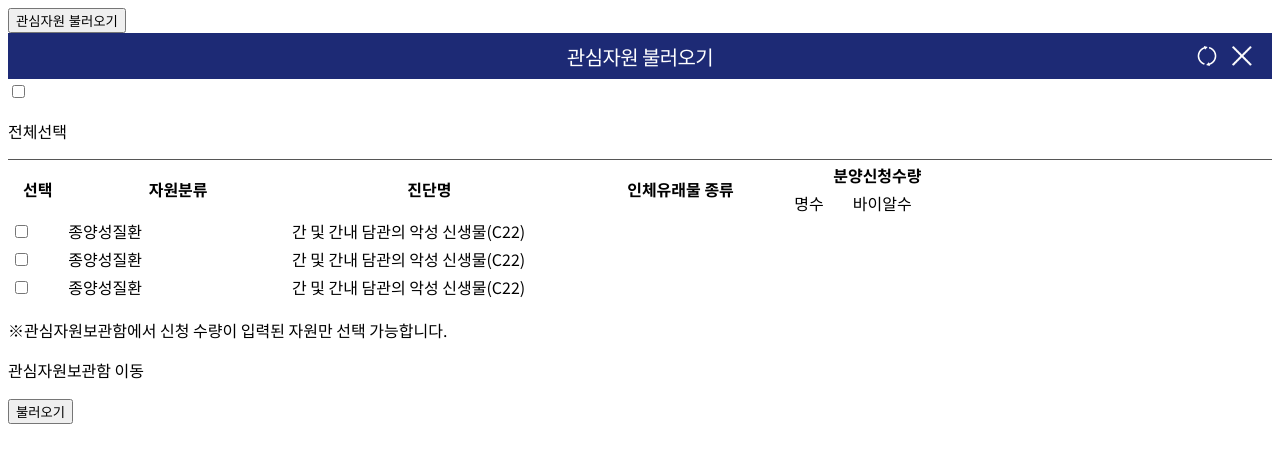
Repository: dlgywls1130/one_popup
Page: index.html
An editor plug-in stored every save of this project. The page is shown before and after the next save, followed by the edit.
The browser window is 1280 px wide. The pictures show the whole page.

Above is the page before, as saved 2023-10-25 00:07:58.

### index.html
<!DOCTYPE html>
<html lang="en">
<head>
    <meta charset="UTF-8">
    <meta name="viewport" content="width=device-width, initial-scale=1.0">
    <title>관심자원</title>

    <link rel="stylesheet" href="./style.css">
</head>
<body>
    <button type="button">관심자원 불러오기</button>

    <div class="modal_new">
        <div class="modal_head">
            <div class="modal_title">관심자원 불러오기</div>
            <div class="modal_right">
                <div class="refresh">
                    <img src="./img/reload.png">
                </div>
                <div class="close">
                    <img src="./img/close.png">
                </div>
            </div>
        </div>
        <div class="modal_body">
            <div class="all_check">
                <label>
                    <input type="checkbox">
                    <p>전체선택</p>
                </label>
            </div>

            <div class="body_all_list">
                <table class="list_table_wrap">
                    <tr>
                        <th rowspan='2'>선택</th>
                        <th rowspan='2'>자원분류</th>
                        <th rowspan='2'>진단명</th>
                        <th rowspan='2'>인체유래물 종류</th>
                        <th colspan='2'>분양신청수량</th>
                    </tr>
                    <tr>
                        <td>명수</td>
                        <td>바이알수</td>
                    </tr>
                    <tr>
                        <td><input type="checkbox" name="choice"></td>
                        <td>종양성질환</td>
                        <td>간 및 간내 담관의 악성 신생물(C22)</td>
                        <td></td>
                        <td></td>
                        <td></td>
                    </tr>
                    <tr>
                        <td><input type="checkbox" name="choice"></td>
                        <td>종양성질환</td>
                        <td>간 및 간내 담관의 악성 신생물(C22)</td>
                        <td></td>
                        <td></td>
                        <td></td>
                    </tr>
                    <tr>
                        <td><input type="checkbox" name="choice"></td>
                        <td>종양성질환</td>
                        <td>간 및 간내 담관의 악성 신생물(C22)</td>
                        <td></td>
                        <td></td>
                        <td></td>
                    </tr>
                </table>
            </div>


            <p>※관심자원보관함에서 신청 수량이 입력된 자원만 선택 가능합니다.</p>
            <div class="bookmark_link">
                <div class="bookmark_img"></div>
                <p>관심자원보관함 이동</p>
            </div>

            <div class="button_import">
                <button type="button">불러오기</button>
            </div>
        </div>
    </div>
</body>
</html>

### style.css

  @import url('https://fonts.googleapis.com/css2?family=Noto+Sans+KR:wght@300;400;500;700&display=swap');

  .modal_new{
    font-family: 'Noto Sans KR', sans-serif;
  }

.modal_head{
    width: 100%;
    height: 46px;
    display: flex;
    align-items: center;
    justify-content: center;
    background-color: #1D2A75;
    position: relative;
}

.modal_title{
    font-size: 20px;
    letter-spacing: -0.03em;
    color: #fff;
    font-weight: 500;
}

.modal_right{
    position: absolute;
    top: 50%;
    right: 20px;
    transform: translate(0,-50%);
    display: flex;
    align-items: center;
}

.modal_right .refresh{
    margin-right: 15px;
}
.modal_right .refresh,
.modal_right .close{
    width: 20px;
    height: 20px;
}

.modal_right .refresh img,
.modal_right .close img{
    width: 100%;
    height: 100%;
}

.body_all_list{
    border-top: 1px solid #565656;
}

.list_table_wrap tr th:nth-child(1){
    width: 5%;
}

.list_table_wrap tr th:nth-child(2){
    width: 20%;
}

.list_table_wrap tr th:nth-child(3){
    width: 25%;
}

.list_table_wrap tr th:nth-child(4){
    width: 20%;
}

.list_table_wrap tr th:nth-child(5){
    width: 15%;
}

.list_table_wrap tr th:nth-child(6){
    width: 15%;
}

After the next save:
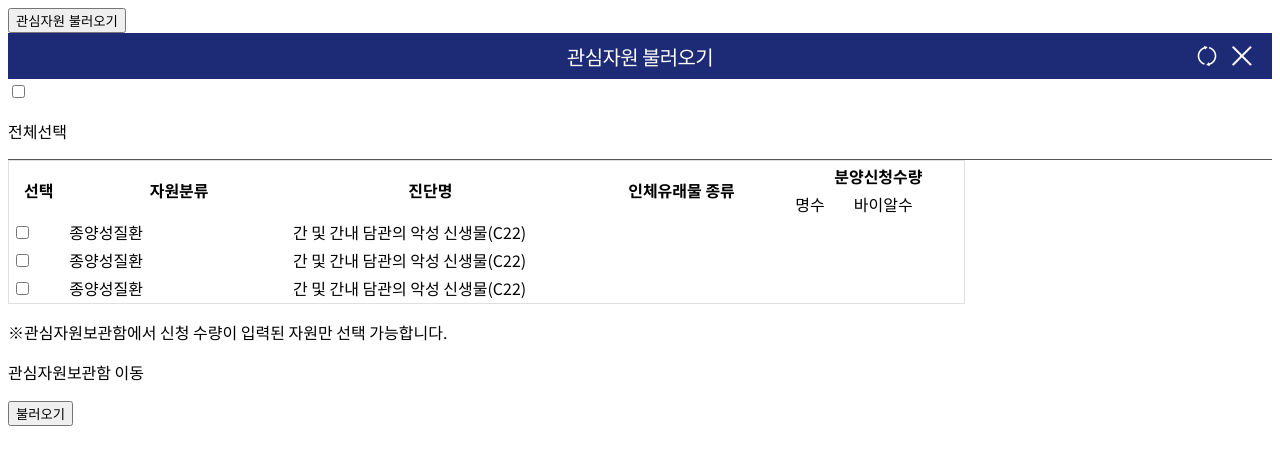
Saved 58 s later.
--- a/style.css
+++ b/style.css
@@ -50,6 +50,10 @@
     border-top: 1px solid #565656;
 }
 
+.list_table_wrap{
+    border: 1px solid #E0E0E0;
+}
+
 .list_table_wrap tr th:nth-child(1){
     width: 5%;
 }
